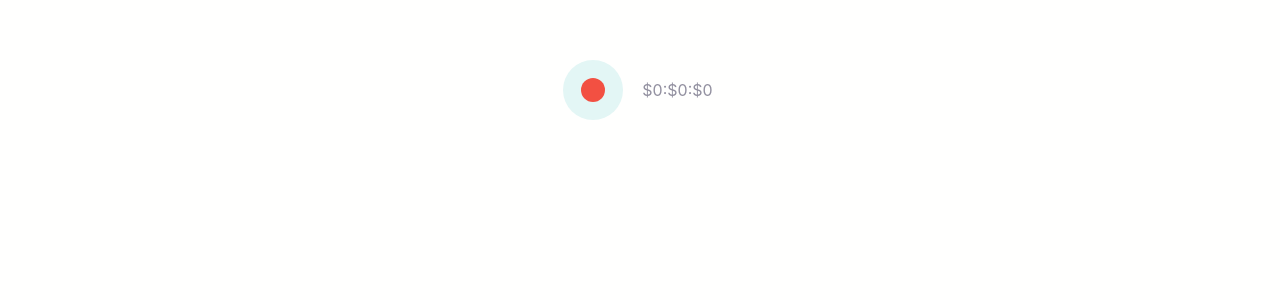
Repository: milosKomiRajkovic94/typescript-react-redux-example
Page: /
An editor plug-in stored every save of this project. The page is shown before and after the next save, followed by the edit.
The browser window is 1280 px wide. The pictures show the whole page.
The project was rebuilt for these pictures with package versions that can differ from the ones it lists, and the page was loaded fresh each time. Also part of the build but not shown: src/components/App/App.css.

Above is the page before, as saved 2020-04-10 17:30:31.

After the next save:
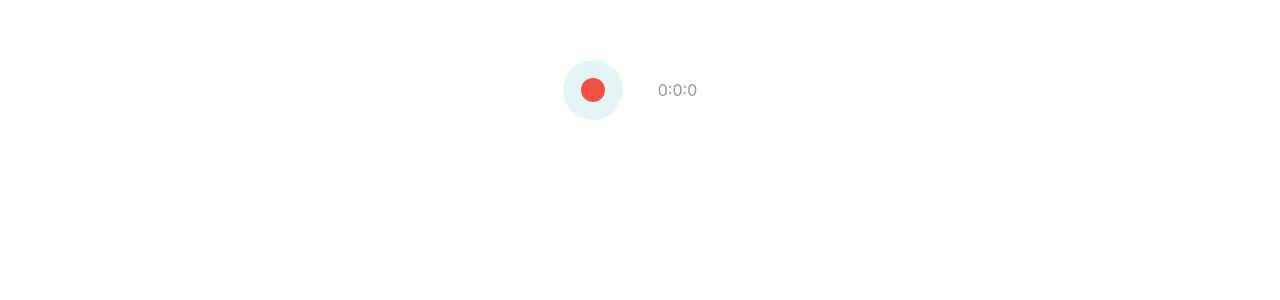
Saved 22 s later.
--- a/src/components/Recorder/Recorder.tsx
+++ b/src/components/Recorder/Recorder.tsx
@@ -41,7 +41,7 @@ const Recorder = () => {
             <button onClick={handleClick}  className={'recorder-record'}>
                 <span></span>
             </button>
-            <div className={'recorder-counter'}>${hours}:${minutes}:${seconds}</div>
+            <div className={'recorder-counter'}>{hours}:{minutes}:{seconds}</div>
         </div>
     )
 }
